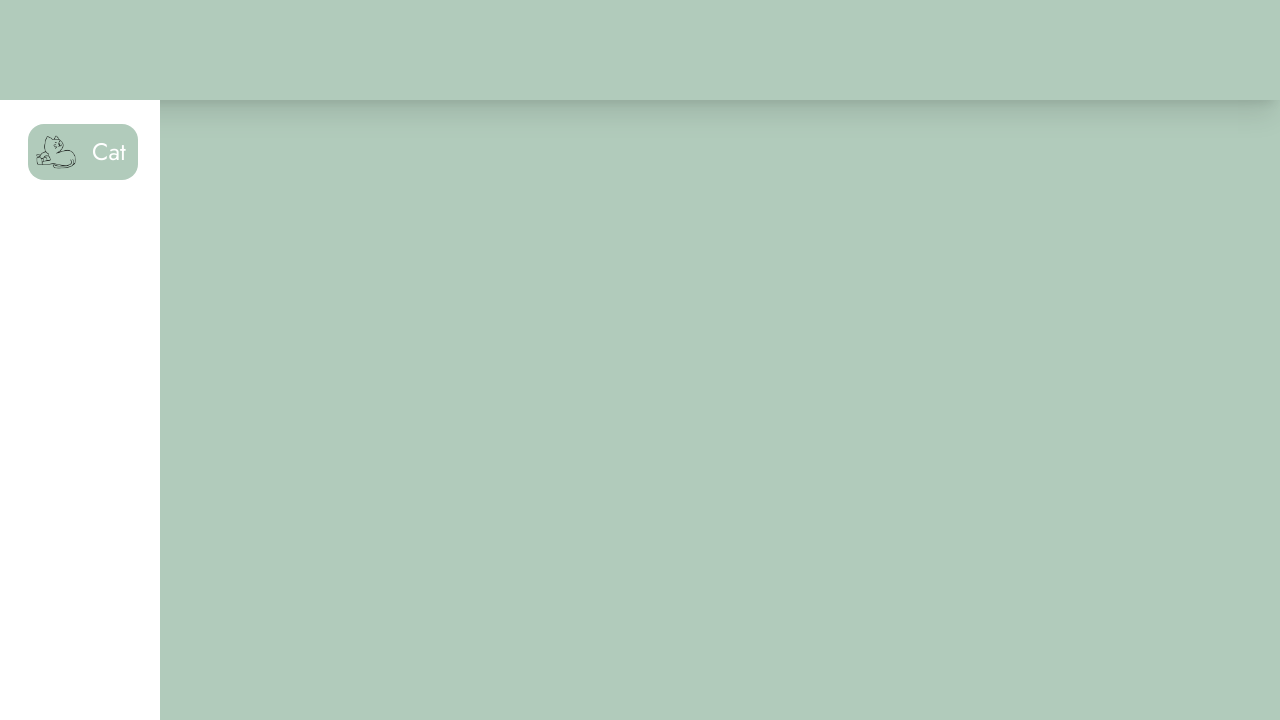
Repository: batu-call/batu-petshop
Page: /main (app in petshopp-appAdmin/admin/)
An editor plug-in stored every save of this project. The page is shown before and after the next save, followed by the edit.
The browser window is 1280 px wide. The pictures show the whole page.
The project was rebuilt for these pictures with package versions that can differ from the ones it lists, and the page was loaded fresh each time. The framework's server and built-in components were replaced by stand-ins that run in the browser. Also part of the build but not shown: petshopp-appAdmin/admin/next.config.ts.

Above is the page before, as saved 2025-09-19 02:16:19.

After the next save:
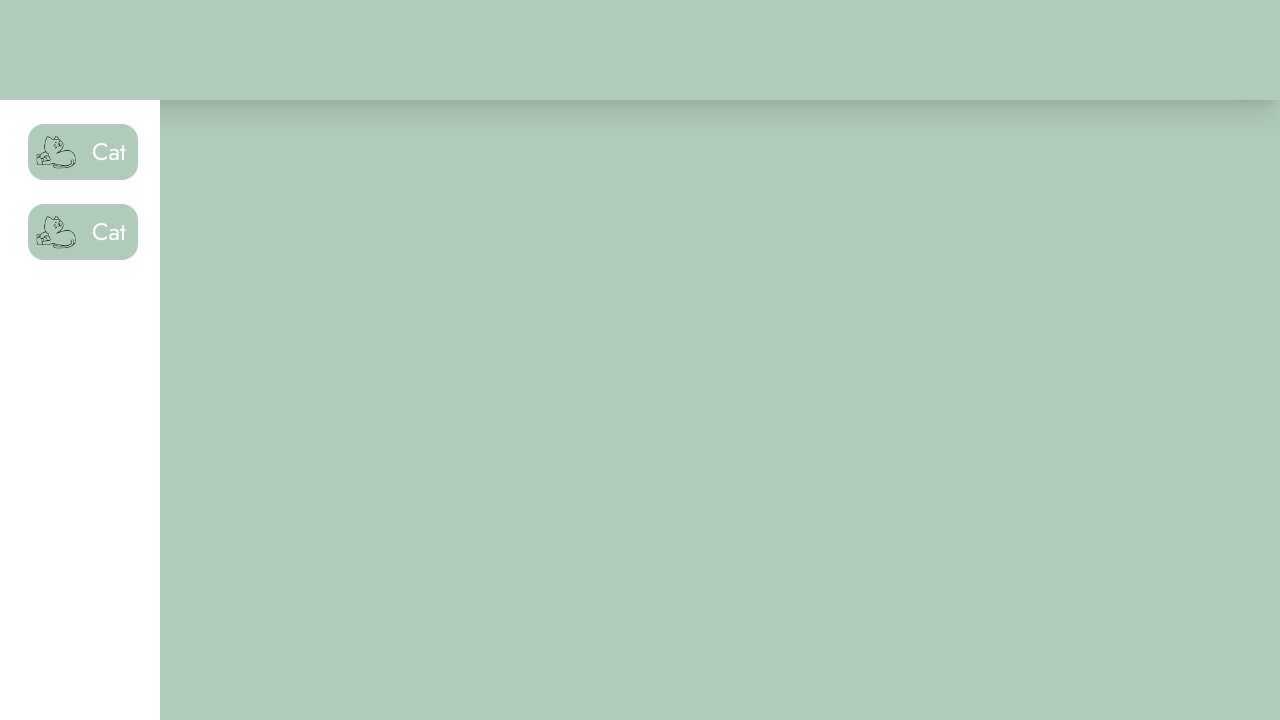
Saved 7 s later.
--- a/petshopp-appAdmin/admin/src/app/main/controller/Main.tsx
+++ b/petshopp-appAdmin/admin/src/app/main/controller/Main.tsx
@@ -17,6 +17,15 @@ const Main = () => {
       </div>
       </div>
       {/* Dog */}
+       <div className='bg-primary inline-block p-2 items-center mt-6 ml-7 rounded-2xl'>
+        <div className='flex gap-3 items-center justify-center'>
+       <Image src="/cat_7721779.png" alt='cat-image'
+       height={40}
+       width={40}
+       />
+       <h2 className='text-2xl text-jost text-white p-1'>Cat</h2>
+      </div>
+      </div>
     </div>
     </div>
   )
